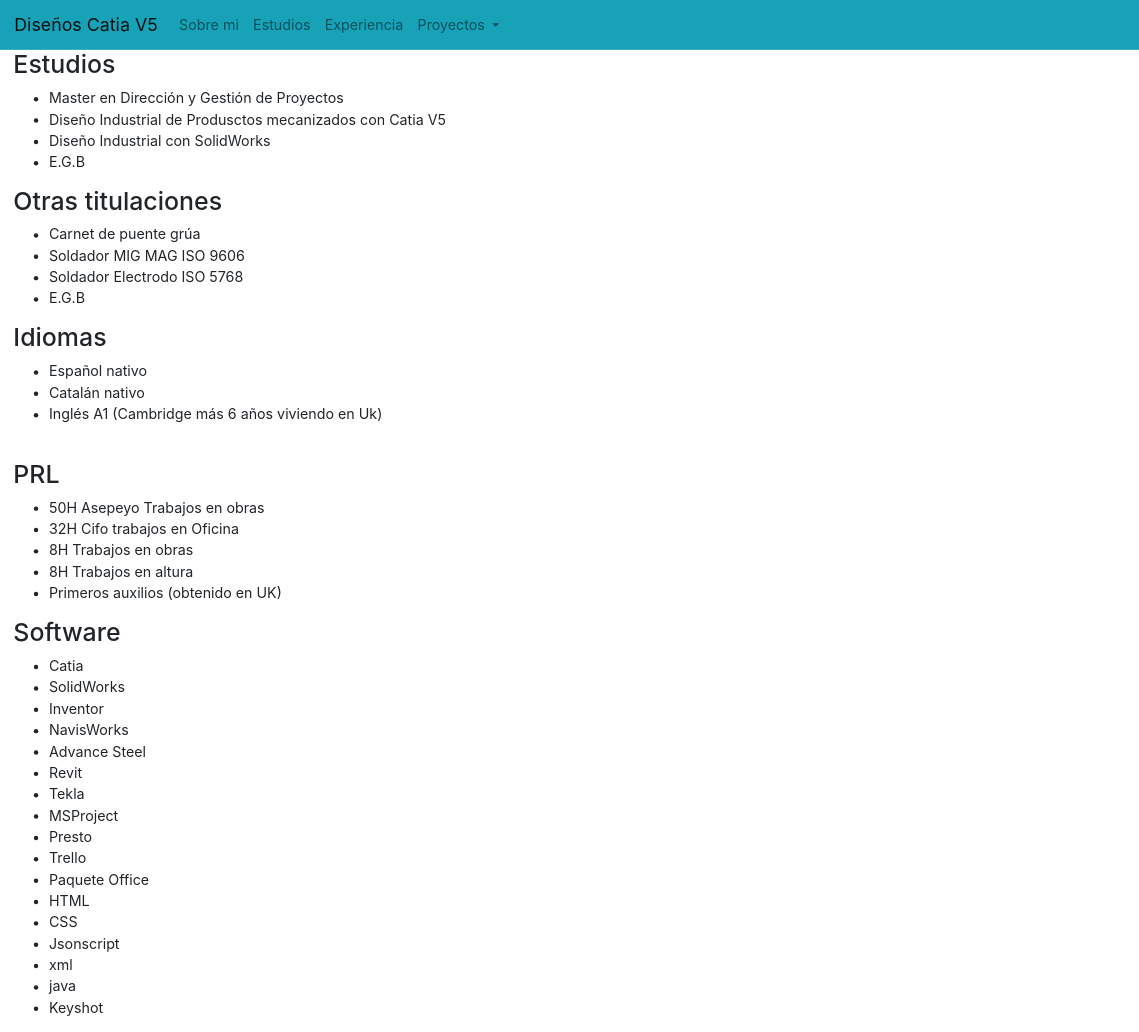
Repository: Hrotgarion1/jose
Page: catia.html
The author's editor kept a copy of each file at every save. The page is drawn from the files as they stood at one save, then again after the next save.
The browser window is 1280 px wide. The pictures show the whole page, at 89% of full size.

Above is the page before, as saved 2020-09-30 10:44:26.

After the next save:
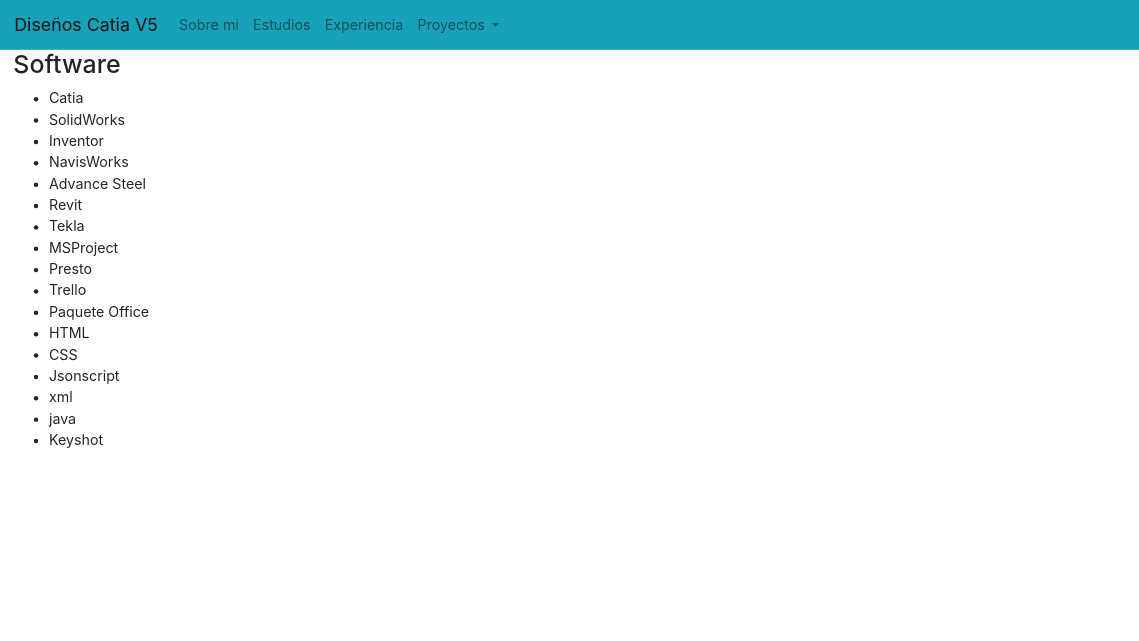
Saved 22 s later.
--- a/catia.html
+++ b/catia.html
@@ -44,42 +44,9 @@
 
       <!--Imagen principal-->
 
-      <article class="col-xs-12 col-sm-6 col-md-6 col-lg-6">
-        <h3>Estudios</h3>
-        <ul>
-          <li>Master en Dirección y Gestión de Proyectos</li>
-          <li>Diseño Industrial de Produsctos mecanizados con Catia V5</li>
-          <li>Diseño Industrial con SolidWorks</li>
-          <li>E.G.B</li>
-        </ul>
-        <h3>Otras titulaciones</h3>
-        <ul>
-          <li>Carnet de puente grúa</li>
-          <li>Soldador MIG MAG ISO 9606</li>
-          <li>Soldador Electrodo ISO 5768</li>
-          <li>E.G.B</li>
-        </ul>
-        <h3>Idiomas</h3>
-        <ul>
-          <li>Español nativo</li>
-          <li>Catalán nativo</li>
-          <li>Inglés A1 (Cambridge más 6 años viviendo en Uk)</li>
-        </ul>
-
-
-
-    </article>
-    <br>
 
    <aside class="col-xs-12 col-sm-6 col-md-6 col-lg-6">
-    <h3>PRL</h3>
-        <ul>
-          <li>50H Asepeyo Trabajos en obras</li>
-          <li>32H Cifo trabajos en Oficina</li>
-          <li>8H Trabajos en obras</li>
-          <li>8H Trabajos en altura</li>
-          <li>Primeros auxilios (obtenido en UK)</li>
-        </ul>
+
         <h3>Software</h3>
         <ul>
           <li>Catia</li>
